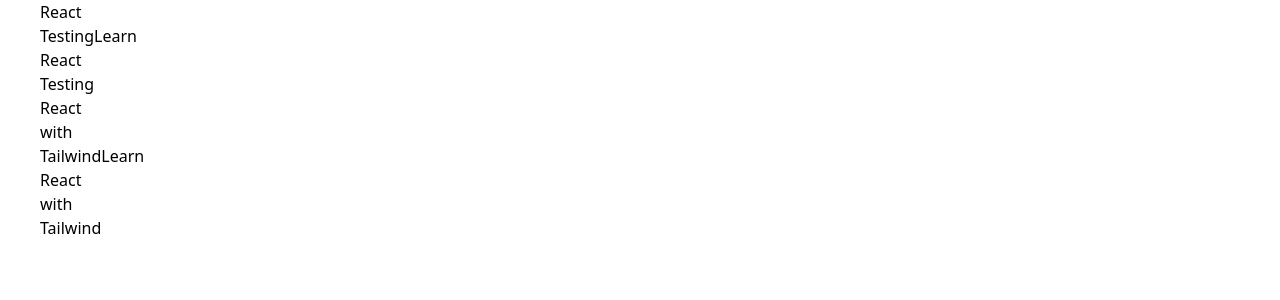
Repository: Sinkycode/Evangel_blog
Page: /
The author's editor kept a copy of each file at every save. The page is drawn from the files as they stood at one save, then again after the next save.
The browser window is 1280 px wide. The pictures show the whole page.
The project was rebuilt for these pictures with package versions that can differ from the ones it lists, and the page was loaded fresh each time. The framework's server and built-in components were replaced by stand-ins that run in the browser. Also part of the build but not shown: next.config.js.

Above is the page before, as saved 2022-05-26 21:57:38.

After the next save:
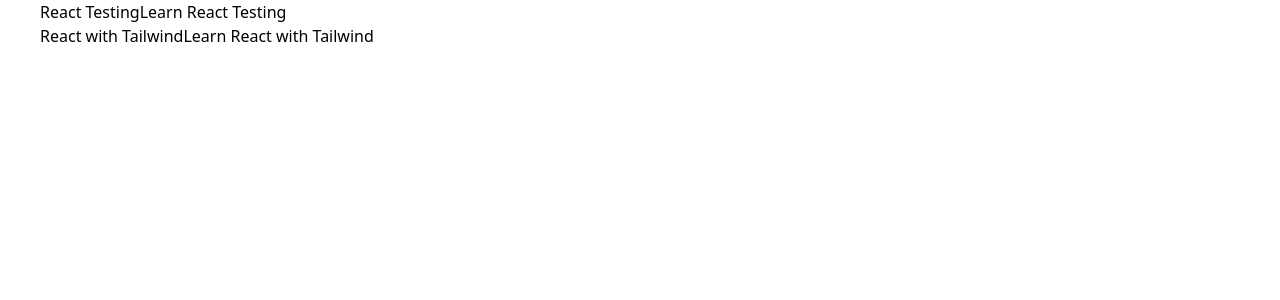
Saved 62 s later.
--- a/pages/index.tsx
+++ b/pages/index.tsx
@@ -15,7 +15,7 @@
         <link rel="icon" href="/favicon.ico" />
       </Head>
       <div className="grid grid-cols-1 lg:grid-cols-12 gap-12">
-        <div>
+        <div className='lg:col-span-8 col-span-1'>
           {posts.map((post, index) => (
             <div>
               {post.title}
@@ -24,7 +24,7 @@
           ))}
         </div>
       <div className="lg:col-span col-span-1">
-
+            <div className="lg:sticky relative top-8"></div>
       </div>
       </div>
 
